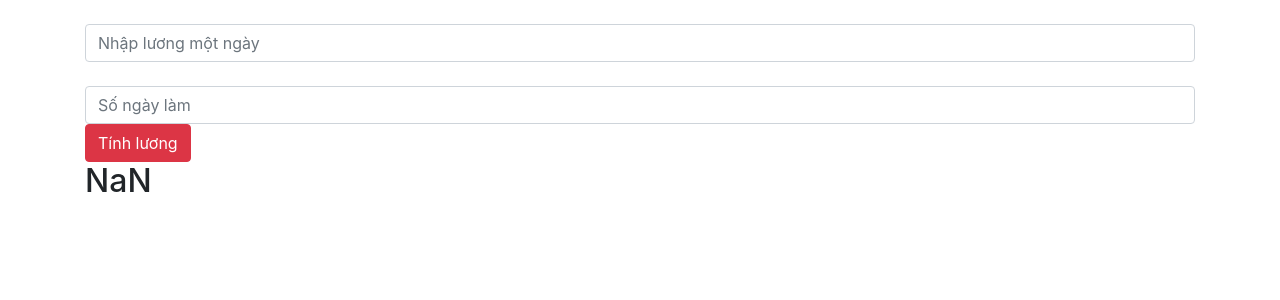
Repository: thanhfrankie/BC10-LeMinhThanh-Js-b2-3
Page: index.html
The author's editor kept a copy of each file at every save. The page is drawn from the files as they stood at one save, then again after a run of saves.
The browser window is 1280 px wide. The pictures show the whole page.

Above is the page before, as saved 2023-12-15 14:58:26.

### index.html
<!doctype html>
<html lang="en">
  <head>
    <title>Title</title>
    <!-- Required meta tags -->
    <meta charset="utf-8">
    <meta name="viewport" content="width=device-width, initial-scale=1, shrink-to-fit=no">

    <!-- Bootstrap CSS -->
    <link rel="stylesheet" href="https://stackpath.bootstrapcdn.com/bootstrap/4.3.1/css/bootstrap.min.css" integrity="sha384-ggOyR0iXCbMQv3Xipma34MD+dH/1fQ784/j6cY/iJTQUOhcWr7x9JvoRxT2MZw1T" crossorigin="anonymous">
  </head>
  <body>
    <!-- Bài tập 1 -->
    <div class="container">
      <!-- <div class="form-group"> -->
        <label for="luong-mot-ngay"></label>
        <input type="number"
          class="form-control" name="" id="luong-mot-ngay" aria-describedby="helpId" placeholder="Nhập lương một ngày">
        <label for="so-ngay-lam"></label>
        <input type="number"
          class="form-control" name="" id="so-ngay-lam" aria-describedby="helpId" placeholder="Số ngày làm">
          <button type="button" onclick="tinhLuong()" class="btn btn-danger">Tính lương</button>
      <!-- </div> -->
      <h2 id="luong-nhan-duoc" >  </h2>
    </div>







    <!-- Optional JavaScript -->
    <!-- jQuery first, then Popper.js, then Bootstrap JS -->
    <script src="https://code.jquery.com/jquery-3.3.1.slim.min.js" integrity="sha384-q8i/X+965DzO0rT7abK41JStQIAqVgRVzpbzo5smXKp4YfRvH+8abtTE1Pi6jizo" crossorigin="anonymous"></script>
    <script src="https://cdnjs.cloudflare.com/ajax/libs/popper.js/1.14.7/umd/popper.min.js" integrity="sha384-UO2eT0CpHqdSJQ6hJty5KVphtPhzWj9WO1clHTMGa3JDZwrnQq4sF86dIHNDz0W1" crossorigin="anonymous"></script>
    <script src="https://stackpath.bootstrapcdn.com/bootstrap/4.3.1/js/bootstrap.min.js" integrity="sha384-JjSmVgyd0p3pXB1rRibZUAYoIIy6OrQ6VrjIEaFf/nJGzIxFDsf4x0xIM+B07jRM" crossorigin="anonymous"></script>
    <script src="./index.js"></script>

  </body>
</html>

### index.js
// Bài tập 1
/**
 * B1: tạo biến, lấy giá trị từ input
 * B2: Tính lương
 * + tạo function để tính ra lương: lương 1 ngày * số ngày làm
 * + gán sự kiện click cho button
 * B3: hiển thị kết quả
 */
// B1:
let luongMotNgay = document.getElementById("luong-mot-ngay")
console.log(luongMotNgay.value)
console.log("🥶 - luongMotNgay:", luongMotNgay)
let soNgayLam = document.getElementById("so-ngay-lam").value
console.log("🥶 - soNgayLam:", soNgayLam)

// B2:

let luongNhanDuoc = document.getElementById("luong-nhan-duoc")
luongNhanDuoc.innerText = luongMotNgay * soNgayLam
function tinhLuong() {
}

After the next 2 saves:
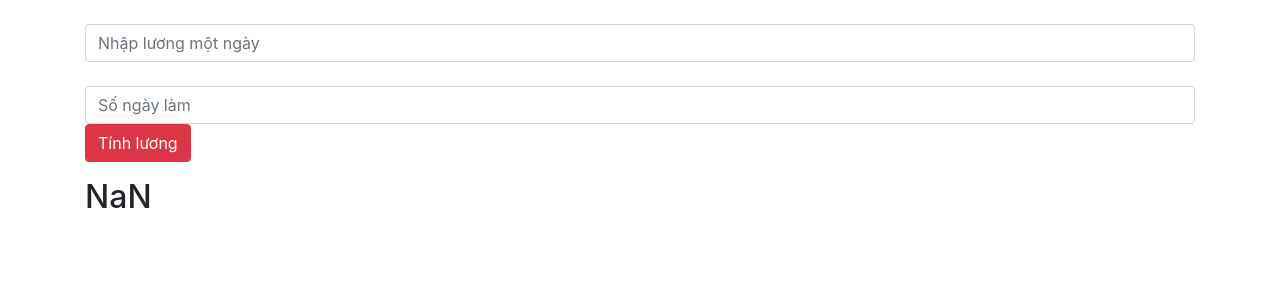
The 2 saves are shown as one change because they came seconds apart.
The last was saved 7 min 26 s later.
--- a/index.html
+++ b/index.html
@@ -12,7 +12,7 @@
   <body>
     <!-- Bài tập 1 -->
     <div class="container">
-      <!-- <div class="form-group"> -->
+      <div class="form-group">
         <label for="luong-mot-ngay"></label>
         <input type="number"
           class="form-control" name="" id="luong-mot-ngay" aria-describedby="helpId" placeholder="Nhập lương một ngày">
@@ -20,7 +20,7 @@
         <input type="number"
           class="form-control" name="" id="so-ngay-lam" aria-describedby="helpId" placeholder="Số ngày làm">
           <button type="button" onclick="tinhLuong()" class="btn btn-danger">Tính lương</button>
-      <!-- </div> -->
+      </div>
       <h2 id="luong-nhan-duoc" >  </h2>
     </div>
 
